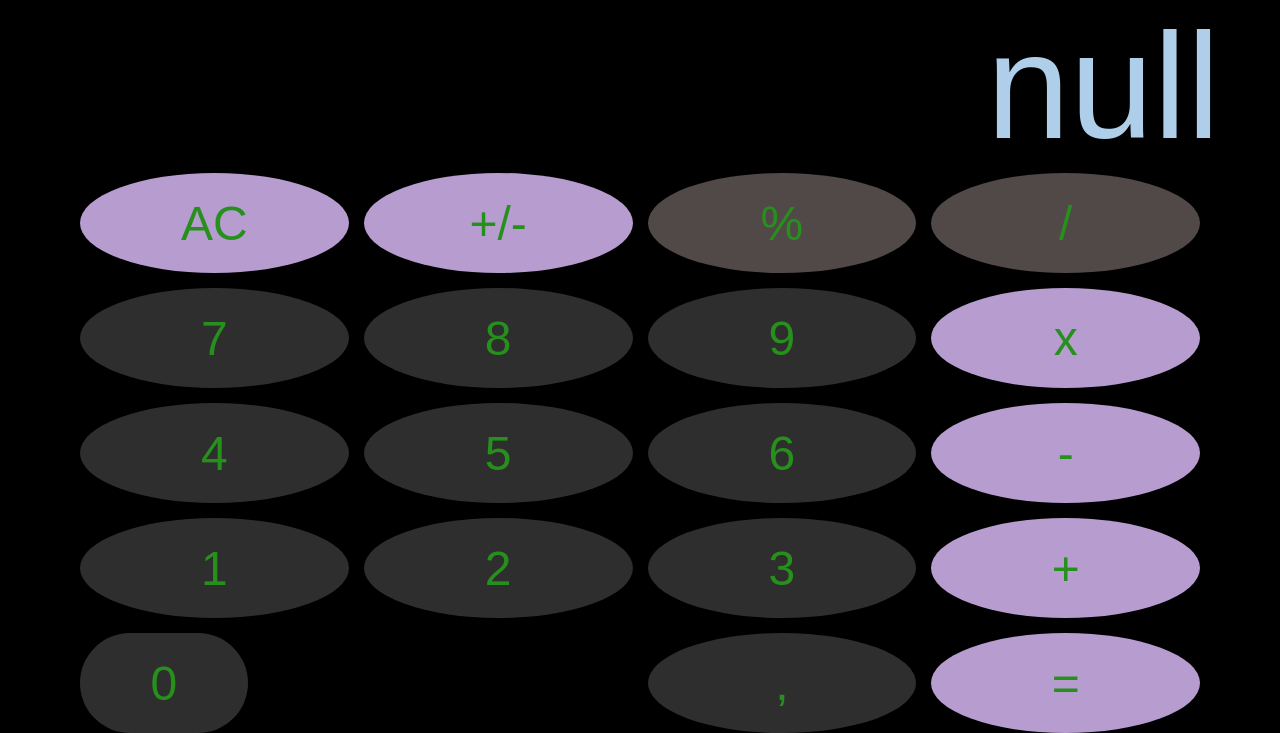
Repository: usalokiN/Web-calculator
Page: index.html
An editor plug-in stored every save of this project. The page is shown before and after the next save, followed by the edit.
The browser window is 1280 px wide. The pictures show the whole page.
After loading, the first visible `button.numbers` was clicked once.

Above is the page before, as saved 2022-10-06 15:50:30.

After the next save:
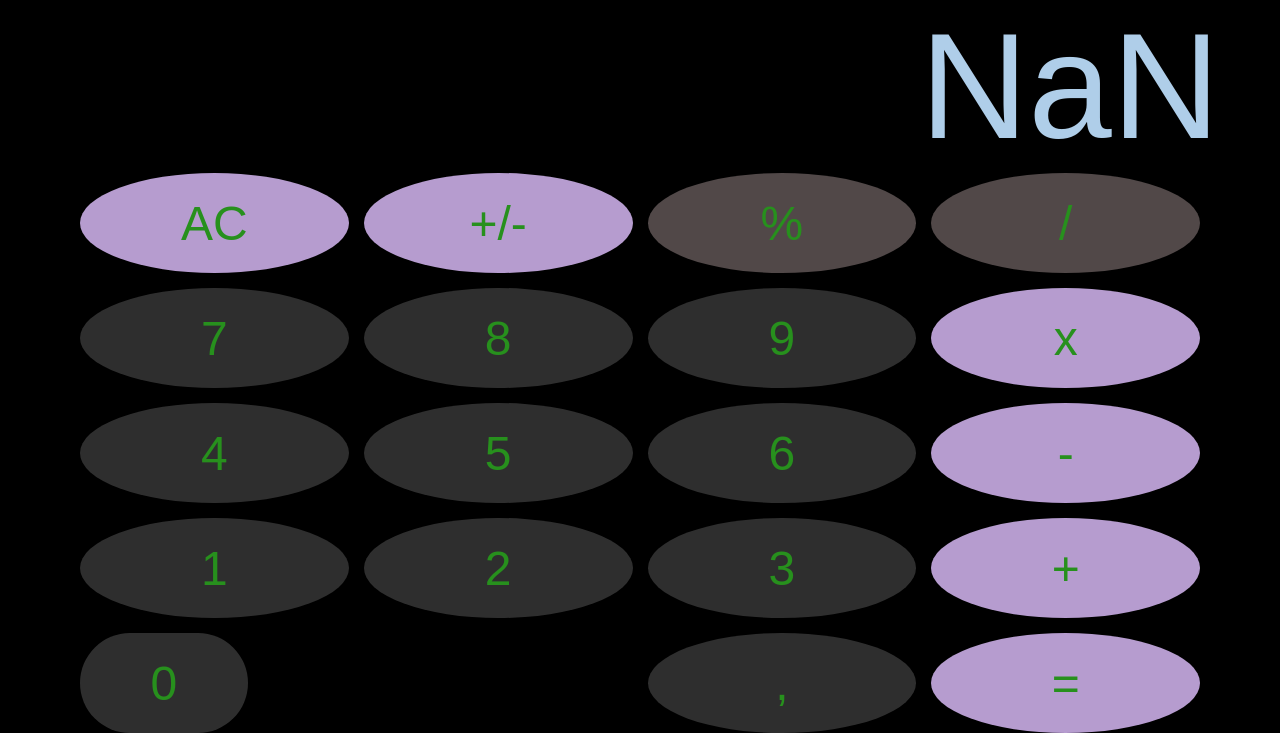
Saved 18 s later.
--- a/index.js
+++ b/index.js
@@ -18,6 +18,9 @@ for (let i = 0; i <numbers.length; i++) {
         if (isFirstValue == false) {
             getFirstValue(atr);
         }
+        if (isSecondValue == false) {
+            getFirstValue(atr);
+        }
     });
 
     function getFirstValue (el) {
